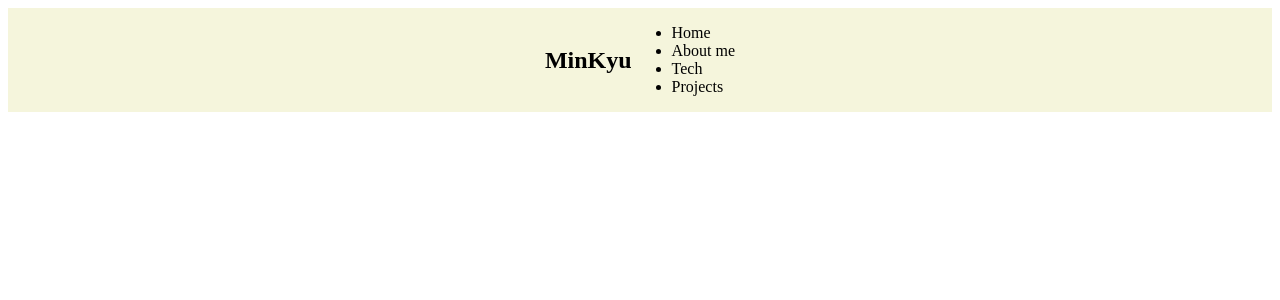
Repository: alsrb0504/portfolio-blog
Page: /
These files come from the project's save history. The page is drawn as it stood at one moment and after the next save; the edit follows.
The browser window is 1280 px wide. The pictures show the whole page.
The project was rebuilt for these pictures with package versions that can differ from the ones it lists, and the page was loaded fresh each time. Also part of the build but not shown: src/app.module.css.

Above is the page before, as saved 2021-07-12 15:41:49.

### src/app.jsx
import './app.module.css';
import Header from './components/header/header';

function App() {
  return (
    <>
      <Header />
    </>
  );
}

export default App;

### src/components/header/header.jsx
import React from 'react';
import styles from './header.module.css';

const Header = (props) => {


  return(
    <header className={styles.header}>
      <h2 className={styles.title}>MinKyu</h2>
      <ul className={styles.menus}>
        <li className={styles.menu}><span>Home</span></li>
        <li className={styles.menu}><span>About me</span></li>
        <li className={styles.menu}><span>Tech</span></li>
        <li className={styles.menu}><span>Projects</span></li>
      </ul>
    </header>
  )
}

export default Header;

### src/components/header/header.module.css
.header {
  background-color: beige;
  width: 100%;
  display: flex;
  justify-content: center;
  align-items: center;
}

.title {
  margin: 0;
}

Loaded but not shown: public/index.html (common file); src/index.js (common file); src/index.css (common file); src/reportWebVitals.js (common file)

After the next save:
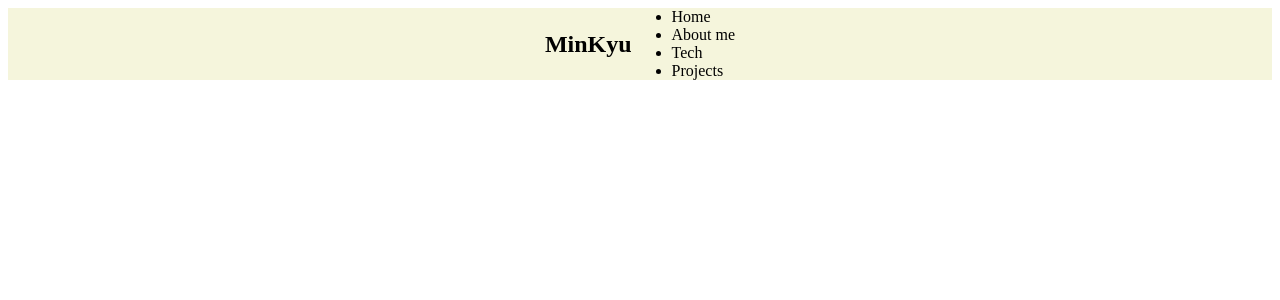
Saved 11 s later.
--- a/src/components/header/header.module.css
+++ b/src/components/header/header.module.css
@@ -9,3 +9,7 @@
 .title {
   margin: 0;
 }
+
+.menus {
+  margin: 0;
+}
